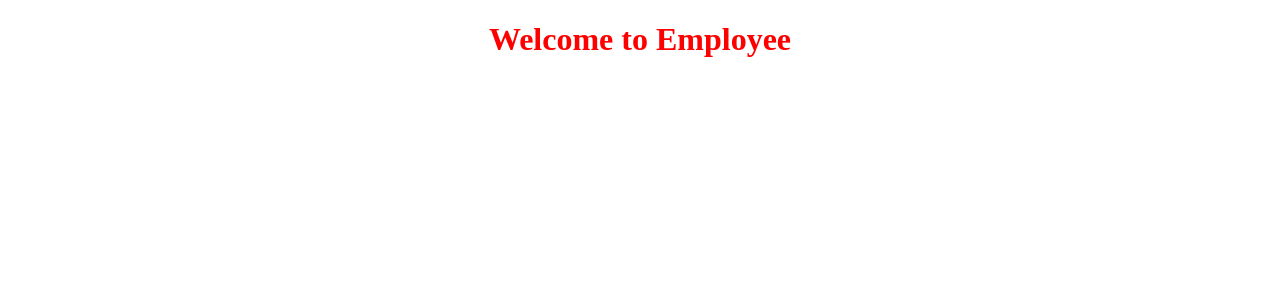
Repository: mca45034/MiniProjectp3
Page: http://localhost/miniproject/welcome.jsp
These files come from the project's save history. The page is drawn as it stood at one moment and after the next save; the edit follows.
The browser window is 1280 px wide. The pictures show the whole page.
The page is served by Tomcat 9.

Above is the page before, as saved 2024-03-02 12:23:46.

After the next save:
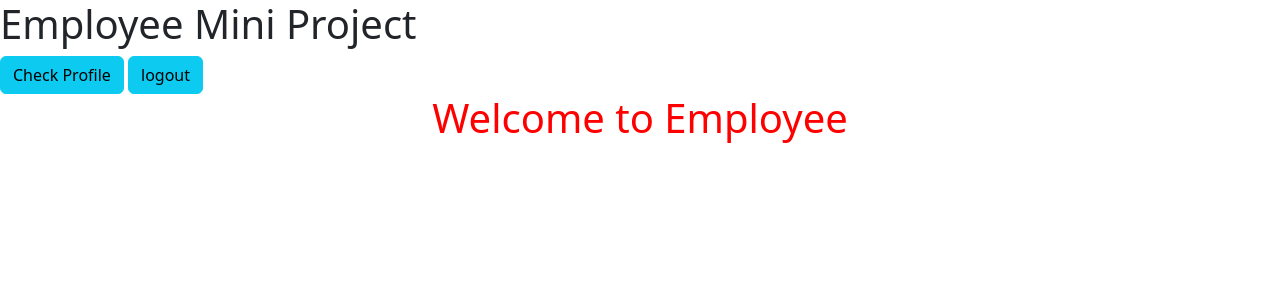
Saved 48 s later.
--- a/project/miniproject/src/main/webapp/welcome.jsp
+++ b/project/miniproject/src/main/webapp/welcome.jsp
@@ -7,6 +7,7 @@
 <title>Insert title here</title>
 </head>
 <body>
+<%@ include file="header.jsp" %>
 <center>
 <h1 style="color: red">Welcome to Employee</h1>
 </center>
